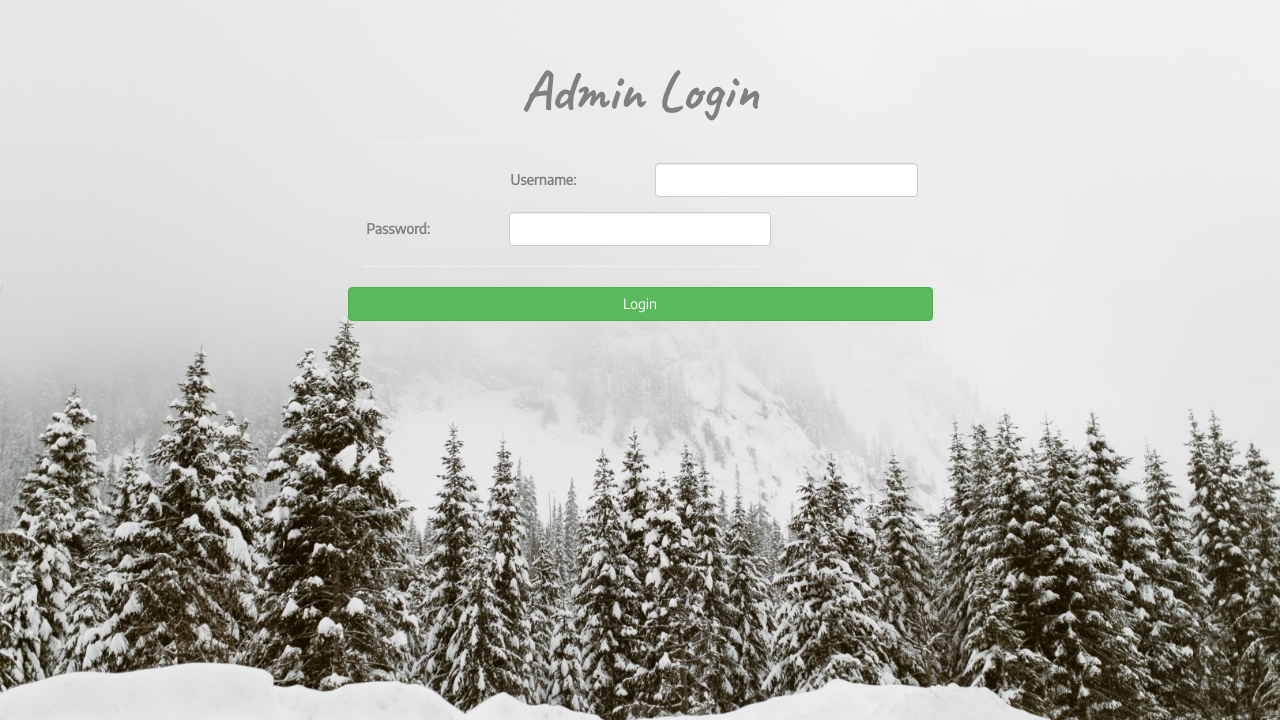
Repository: maliking/making
Page: http://localhost/final_project/loginPage.php
The author's editor kept a record of every edit. The page is drawn from the files as they stood at one moment, then again after the next edit.
The browser window is 1280 px wide. The pictures show the whole page.
The page is run by PHP 8.4 with error messages shown; the project is at /var/www/html/.

Above is the page before.
Console error: TypeError: Cannot read properties of undefined (reading 'prototype')

After the next edit:
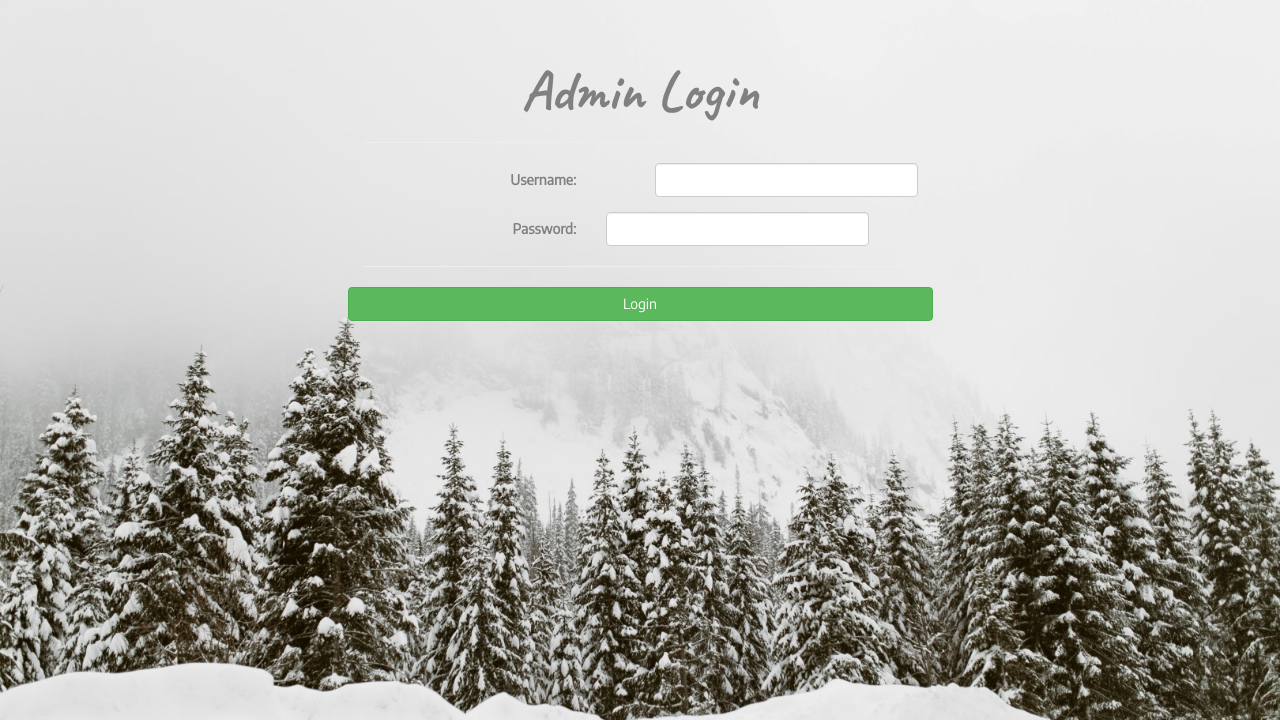
The edit:
--- a/final_project/loginPage.php
+++ b/final_project/loginPage.php
@@ -20,8 +20,8 @@
                         </div>
                     </div>
                     <div class="form-group">
-                        <label class="control-label col-xs-2" for="password">Password: </label>
-                        <div class="col-xs-12 col-md-6 col-md-offset-1">
+                        <label class="control-label col-xs-5" for="password">Password: </label>
+                        <div class="col-xs-12 col-md-6">
                             <input class="form-control" type="password" name="password">
                         </div>
                     </div>
